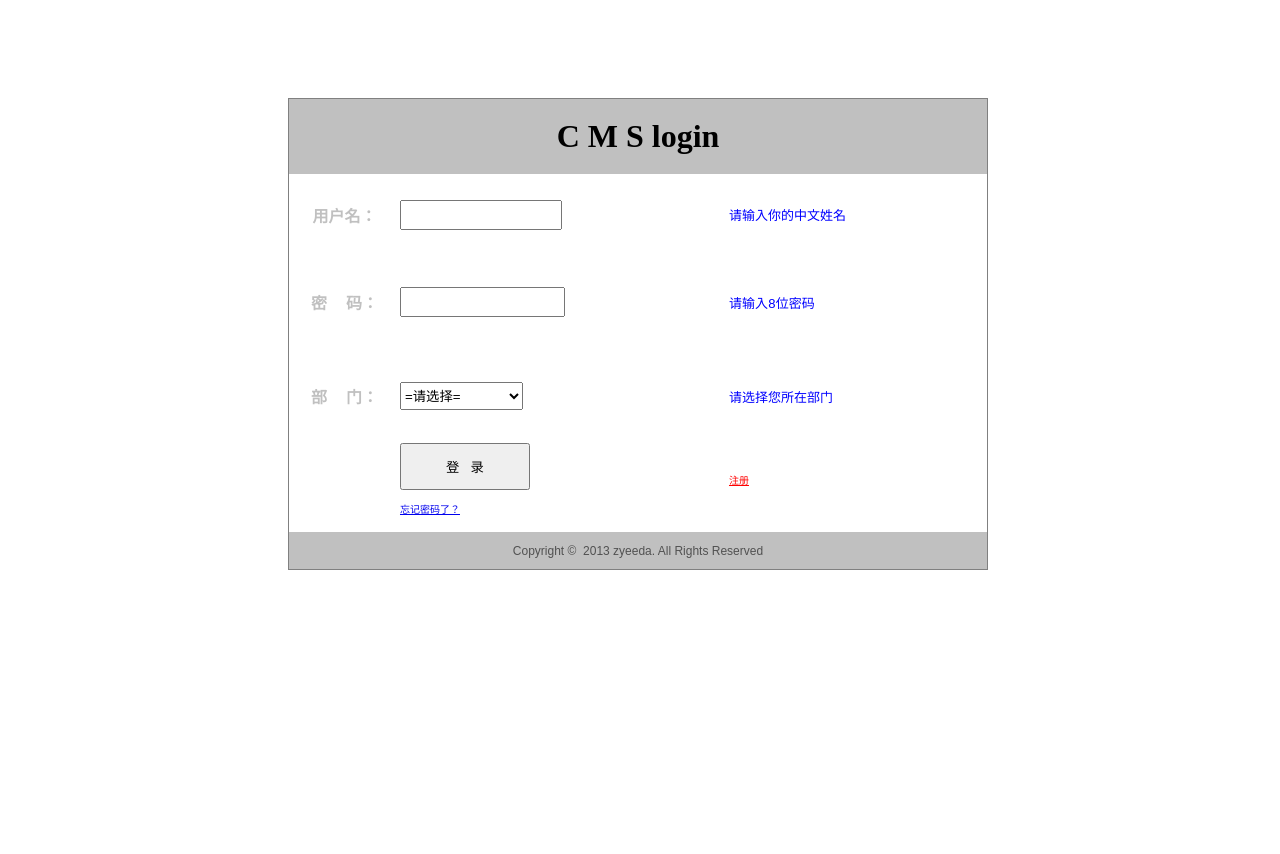
Repository: 728064001/MyProject
Page: http://localhost/CMS/login.jsp
The author's editor kept a copy of each file at every save. The page is drawn from the files as they stood at one save, then again after the next save.
The browser window is 1280 px wide. The pictures show the whole page.
The page is served by Tomcat 9. Queries for data that is not in the repository find no rows.

Above is the page before, as saved 2013-07-30 06:50:33.

After the next save:
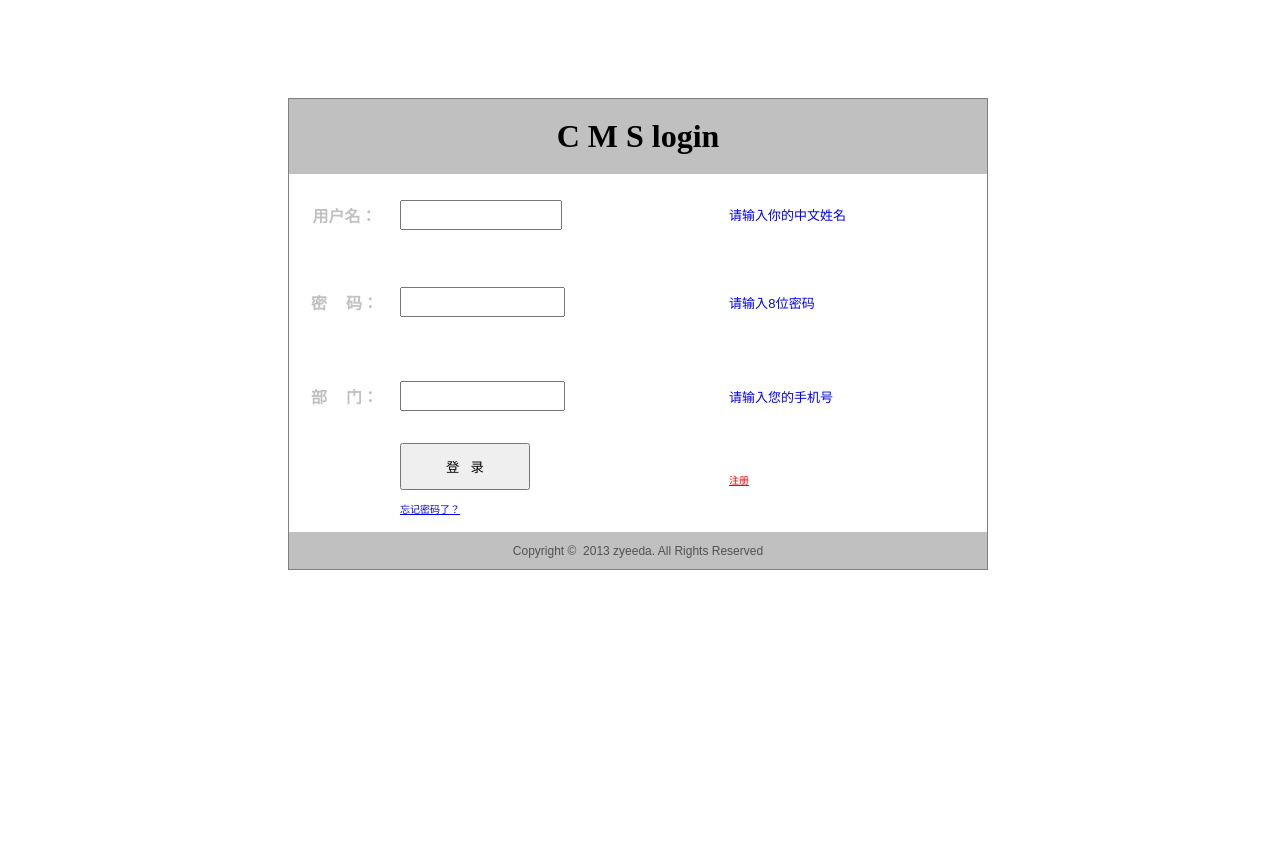
Saved 12 min 47 s later.
--- a/cms-server-code/CMS/WebRoot/login.jsp
+++ b/cms-server-code/CMS/WebRoot/login.jsp
@@ -132,23 +132,10 @@ a.regist-style:link{
 									<td style="height: 94px; width: 111px;" class="style9">
 									部&nbsp; 门：</td>
 									<td style="height: 94px; width: 329px;" class="f6">
+										<input name="password" id="password" style="width: 165px; height: 30px" type="password"  onmouseover="this.style.border='#FFAB3F 2px solid'" onmouseout="this.style.border='#ABADB3 1px solid'" onblur="passwordInputOnblur()" />
 
-									<select name="dep" id="dep" style="width: 123px; height: 28px" onblur="deponblur()">
-									<option>=请选择=</option>
-									<%
-										DepNameListDAO depnamelistdao = new DepNameListDAO();
-										List deplist = depnamelistdao.returnDepNameList();
-										int len = deplist.size();
-									%>
-									<%
-										for(int i=0;i<len;i++){
-									%>
-									<option><%=deplist.get(i) %></option>
-									<%} %>
-
-									</select></td>
 									<td style="height: 94px" class="passwordtiptext-style" id="deptip">
-									请选择您所在部门</td>
+									请输入您的手机号</td>
 								</tr>
 								<tr>
 									<td style="width: 111px">&nbsp;</td>
